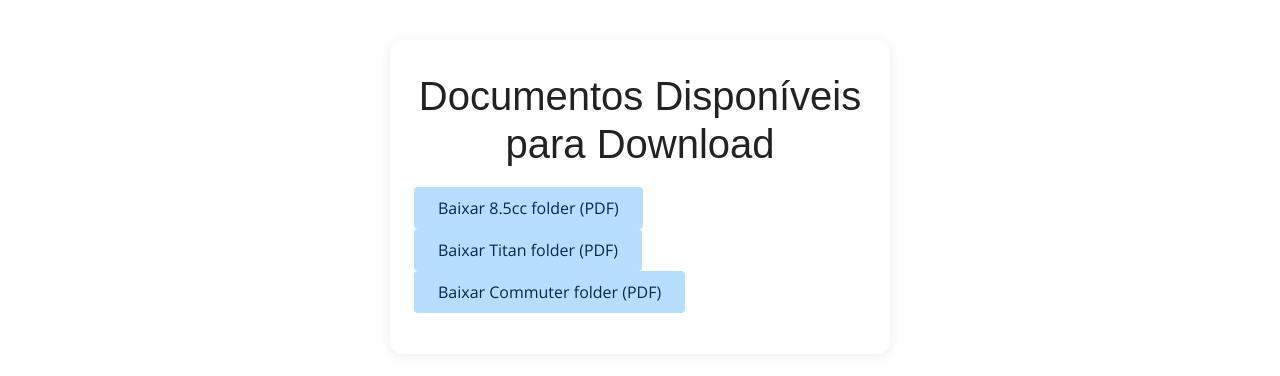
Repository: JamesOliveira1/Project-MastroWebSite
Page: assets/contents/documents.html
The author's editor kept a copy of each file at every save. The page is drawn from the files as they stood at one save, then again after the next save.
The browser window is 1280 px wide. The pictures show the whole page.
Some web fonts or font styles are not loaded; a fallback is used.

Above is the page before, as saved 2025-06-30 13:28:59.

### assets/contents/documents.html
<!DOCTYPE html>
<html lang="pt-BR">
<head>
    <meta charset="UTF-8">
    <title>Documentos para Download</title>
      <!-- Google Fonts -->
  <link href="https://fonts.googleapis.com/css?family=Open+Sans:300,300i,400,400i,600,600i,700,700i|Raleway:300,300i,400,400i,500,500i,600,600i,700,700i|Poppins:300,300i,400,400i,500,500i,600,600i,700,700i"
    rel="stylesheet">

  <!-- Vendor CSS Files -->
  <link href="../assets/vendor/aos/aos.css" rel="stylesheet">
  <link href="../assets/vendor/bootstrap/css/bootstrap.min.css" rel="stylesheet">
  <link href="../assets/vendor/bootstrap-icons/bootstrap-icons.css" rel="stylesheet">
  <link href="../assets/vendor/boxicons/css/boxicons.min.css" rel="stylesheet">
  <link href="../assets/vendor/glightbox/css/glightbox.min.css" rel="stylesheet">
  <link href="../assets/vendor/remixicon/remixicon.css" rel="stylesheet">
  <link href="../assets/vendor/swiper/swiper-bundle.min.css" rel="stylesheet">

   <!-- Template Main CSS File -->
  <link href="../assets/css/style.css" rel="stylesheet">


    <style>
        /* Estilo adicional para destacar a lista de documentos */
        .documents-container {
            max-width: 500px;
            margin: 40px auto;
            padding: 32px 24px;
            background: #fff;
            border-radius: 12px;
            box-shadow: 0 2px 12px rgba(0,0,0,0.07);
        }
        .documents-container h1 {
            text-align: center;
            margin-bottom: 28px;
            color: #222;
        }
        .documents-list {
            list-style: none;
            padding: 0;
        }
        .documents-list li {
            margin-bottom: 18px;
        }
        #botaodocumentlist {
            background: #b6dfff;
            border: 0;
            padding: 10px 24px;
            color: #04284d;
            transition: 0.4s;
            border-radius: 4px;
        }
        #botaodocumentlist:hover {
            color: #fff;
            background: #004f91;
        }
    </style>
</head>
<body>
    <div class="documents-container">
        <h1>Documentos Disponíveis para Download</h1>
        <ul class="documents-list">
            <li>
                <a href="./85cc.pdf" download id="botaodocumentlist" role="button">
                    Baixar 8.5cc folder (PDF)
                </a>
            </li>
            <li>
                <a href="./titancc.pdf" download id="botaodocumentlist" role="button">
                    Baixar Titan folder (PDF)
                </a>
            </li>
            <li>
                <a href="./commuter.pdf" download id="botaodocumentlist" role="button">
                    Baixar Commuter folder (PDF)
                </a>
            </li>
        </ul>
    </div>

</body>
</html>

Loaded but not shown: assets/vendor/aos/aos.css (library); assets/vendor/bootstrap/css/bootstrap.min.css (library); assets/vendor/bootstrap-icons/bootstrap-icons.css (library); assets/vendor/boxicons/css/boxicons.min.css (library); assets/vendor/glightbox/css/glightbox.min.css (library); assets/vendor/remixicon/remixicon.css (library); assets/vendor/swiper/swiper-bundle.min.css (library); assets/css/style.css (4288 lines, source omitted)

After the next save:
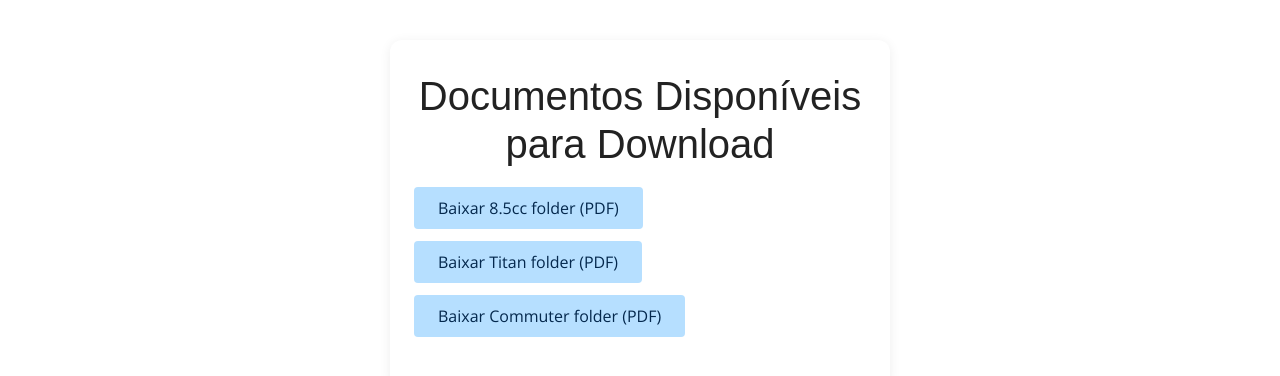
Saved 27 s later.
--- a/assets/contents/documents.html
+++ b/assets/contents/documents.html
@@ -40,7 +40,7 @@
             padding: 0;
         }
         .documents-list li {
-            margin-bottom: 18px;
+            margin-bottom: 30px;
         }
         #botaodocumentlist {
             background: #b6dfff;
